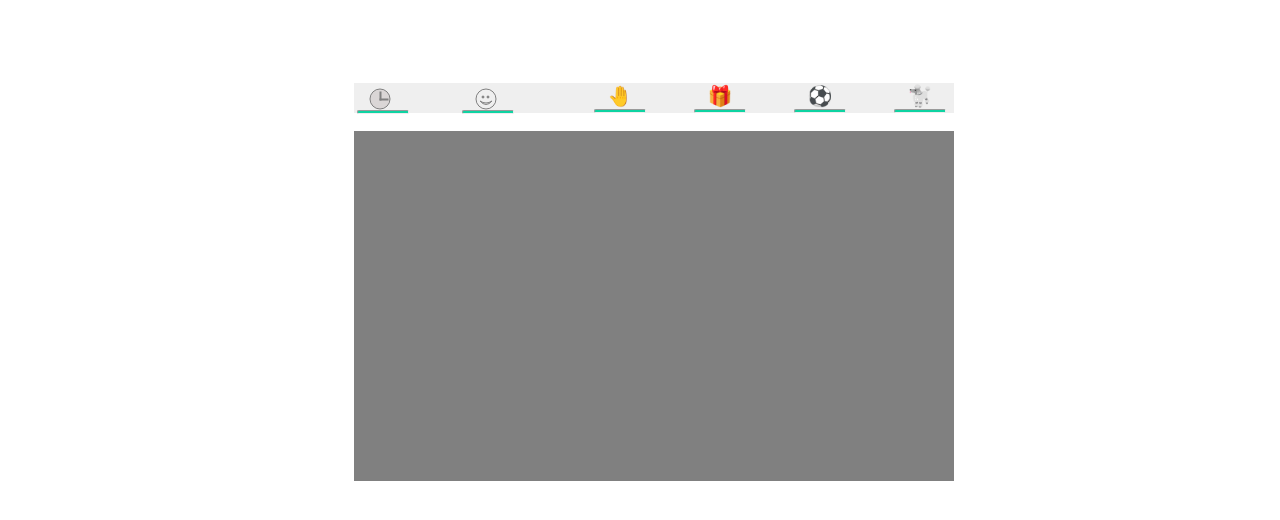
Repository: Gaj123-coder/emoji-search-app
Page: /
These files come from the project's save history. The page is drawn as it stood at one moment and after the next save; the edit follows.
The browser window is 1280 px wide. The pictures show the whole page.
The project was rebuilt for these pictures with package versions that can differ from the ones it lists, and the page was loaded fresh each time.

Above is the page before, as saved 2021-10-31 12:00:22.

### public/index.html
<!DOCTYPE html>
<html>
    <head>
        <title>Emoji Search</title>
        <meta charset="UTF-8">
        <meta name="author" content="Gajanan C Hegde">
        <meta name="description" content="A simple emoji search app using React JS">
        <meta name="view-port" content="width=device-width,initial-scale=1">
        <meta property="og:title" content="emoji">
        <meta property="og:description" content="An emoji searh app">
        <meta property="og:url" content="http://www.emojis..com">
        <meta property="og:image" content="https://seeklogo.com/images/S/smile-with-glasses-emoji-logo-0C5A7F9874-seeklogo.com.png">
        <meta property="twitter:title" content="Emoji Search">
        <meta property="twitter:image" content="https://seeklogo.com/images/S/smile-with-glasses-emoji-logo-0C5A7F9874-seeklogo.com.png">
        <meta property="twitter:description" content="A simple recat js emloji search app">
        <meta property="twitter:card" content="summary_large_page">
        <meta property="facebook:title" content="Emoji Search">
        <meta property="facebook:image" content="https://seeklogo.com/images/S/smile-with-glasses-emoji-logo-0C5A7F9874-seeklogo.com.png">
        <meta property="facebooks:description" content="A simple react app for emoji search">
        <meta proprty="facebook:url" content="https://www.emojis.com">
        <link rel="canonical" href="index.html"/>
    </head>
    <body>
        <div id="root"></div>
    </body>
</html>

### src/App.js
import React,{ useState } from 'react';
import Res from "./Components/Result/result";
import './App.css';
function App() {
  const [emotion,setEmotion]=useState("smiley1");
  const emotionSelector=(event)=>{
    event.preventDefault();
    const ref_id=event.target.id;
    setEmotion(ref_id);
  }
  return (
    <React.Fragment>
      <form className="dec">
        <button type="submit" id="recent1" className="dec-child" onClick={emotionSelector}>
          <svg>
            <circle cx="20" cy="15" r="10px" stroke="grey" strokeWidth="1px" fill="rgb(218, 214, 214)"/>
            <rect x="20" y="8" width="1px" height="8px" stroke="grey" strokeWidth="1px" fill="rgb(218, 214, 214)"/>
            <rect x="20" y="15" width="8px" height="1px" stroke="grey" strokeWidth="1px" fill="rgb(218, 214, 214)"/>
          </svg>
          <hr className="cir-pos" style={{width:"50px",borderRadius:"200px",height:"2px",backgroundColor:"rgb(14, 211, 162)"}}></hr>
        </button>
        <button type="submit" id="smiley1"  className="dec-child" onClick={emotionSelector}>
          <svg>
            <circle cx="26" cy="15" r="10px" stroke="grey" strokeWidth="1px" fill="none"/>
            <path d="M20 17 Q26 21 32 17" stroke="grey" strokeWidth="1px" fill="none"/>
            <path d="M20 17 Q26 24 32 17" stroke="grey" strokeWidth="1px" fill="none"/>
            <circle cx="23" cy="13" r="1" stroke="grey" strokeWidth="1px" fill="grey"/>
            <circle cx="28" cy="13" r="1" stroke="grey" strokeWidth="1px" fill="grey"/>
          </svg>
          <hr  className="smil-pos" style={{width:"50px",borderRadius:"200px",height:"2px",backgroundColor:"rgb(14, 211, 162)"}}></hr>
        </button>
        <button type="submit" id="hands1" className="dec-child" onClick={emotionSelector}>
          <p style={{fontSize:"20px"}}>&#129306;</p>
          <hr className="rem-pos" style={{width:"50px",borderRadius:"200px",height:"2px",backgroundColor:"rgb(14, 211, 162)"}}/>
        </button>
        <button type="submit" id="gift1" className="dec-child" onClick={emotionSelector}>
          <p style={{fontSize:"20px"}}>&#127873;</p>
          <hr className="rem-pos" style={{width:"50px",borderRadius:"200px",height:"2px",backgroundColor:"rgb(14, 211, 162)"}}/>
        </button>
        <button type="submit" id="sports1" className="dec-child" onClick={emotionSelector}>
          <p style={{fontSize:"20px"}}>&#9917;</p>
          <hr className="rem-pos" style={{width:"50px",borderRadius:"200px",height:"2px",backgroundColor:"rgb(14, 211, 162)"}}/>
        </button>
        <button type="submit" id="animals1" className="dec-child" onClick={emotionSelector}>
          <p style={{fontSize:"20px"}}>&#128041;</p>
          <hr className="rem-pos" style={{width:"50px",borderRadius:"200px",height:"2px",backgroundColor:"rgb(14, 211, 162)"}}/>
        </button>
      </form>
      <Res emotion={emotion}/>
    </React.Fragment>
  );
}

export default App;

### src/Components/Result/result.js
import Em from "./res.module.css";
import {sad1,worry1,angry1,happy1,smiley1,animals1,peace1,love1,joy1,laugh1,gift1,smile1,hands1,sports1,supper1,evil1,shy1,tasty1,confuse1,sleepy1} from "../emotions";
const Res=(props)=>{
    return (
        <div className={Em["emoji"]}>

        </div>
    );

}

export default Res;

### src/App.css
.dec{
  width: 700px;
  height:35px;
  position: relative;
  left:19rem;
  top:5rem;
  display:flex;
  flex-direction:row;
  flex-wrap:nowrap;
  align-items: center;
  justify-content: center;
}

.dec-child>svg{
  width:inherit;
  height:inherit;
}

.dec-child{
  height:30px;
  width:100px;
}

.dec-child>p{
  position: relative;
  left:1rem;
  display: inline;
}

.dec-child>hr{
  width:"50px";
  border-radius:"200px";
  height:"2px";
  background-color:"rgb(14, 211, 162)";
}

.cir-pos{
  position: relative;
  right:1.3rem;
  bottom: 0.8rem;
}

.smil-pos{
  position: relative;
  right:1rem;
  bottom: 0.8rem;
}

.rem-pos{
  position: relative;
  left:1rem;
  bottom:5px;
}

.dec-child,.dec-child:hover,:active{
  border:none;
  margin:none;
}

### src/Components/Result/res.module.css
.emoji{
    width: 600px;
    height:350px;
    position: relative;
    left:22.1rem;
    top:6rem;
    background-color: grey;
}

### src/Components/emotions.js
const sad=["128524","128528",'128530',"128532","128542","128546","128549","128557"]
const worry=["128524","128529","128531","128532","128533","128543","128552","128553"]
const angry=["128520","128544","128545","128548","12855"]
const happy=["128512","128513","128514","128518","128522"]
const love=["128525","128535","128536","128537","128538"]
const joy=["128513","128517","128519","128521","128539","128540","128541"]
const laugh=["128513","128514","128518"]
const smile=["128512","128516"]
const gift=["127873","127891","127894","127874","127879","129395","127882","127876"]
const sports=["127939","127943","127947","","","","","","",""]
const hands=["128075","128588","129309","65039","128591","128077","129305","129304","128076","129306"]
const supper=["128526","128527"]
const peace=["128512","128515","128516","128519"]
const evil=["128520"]
const shy=["128522"]
const tasty=["128523"]
const confuse=["128534","128533","128550"]
const sleepy=["128554"]
const animals=["128053","128018","129421","128054","128021","128041","129418","129409","128047"]
const smiley=["128512","128513","128514","128515","128516","128517","128518","128519","128520","128521","128522","128523","128524","128525",
"128526","128527","128528","128529","128530","128531","128532","128533","128534","128535","128536","128537","128538","128539","128540"]

export const smiley1=smiley;
export const peace1=peace;
export const sad1=sad;
export const happy1=happy;
export const worry1=worry;
export const angry1=angry;
export const love1=love;
export const joy1=joy;
export const laugh1=laugh;
export const gift1=gift;
export const smile1=smile;
export const sports1=sports;
export const hands1=hands;
export const supper1=supper;
export const evil1=evil;
export const shy1=shy;
export const tasty1=tasty;
export const confuse1=confuse;
export const sleepy1=sleepy;
export const animals1=animals;

Loaded but not shown: src/index.js (common file); src/index.css (common file)

After the next save:
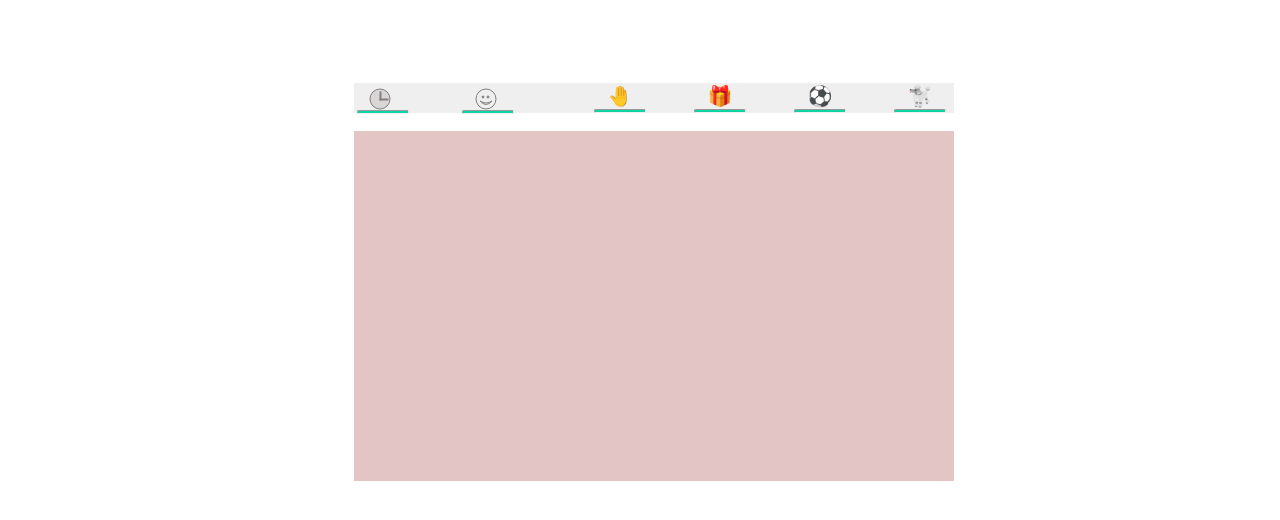
Saved 14 s later.
--- a/src/Components/Result/res.module.css
+++ b/src/Components/Result/res.module.css
@@ -4,5 +4,5 @@
     position: relative;
     left:22.1rem;
     top:6rem;
-    background-color: grey;
+    background-color: rgb(228, 197, 197);
 }
